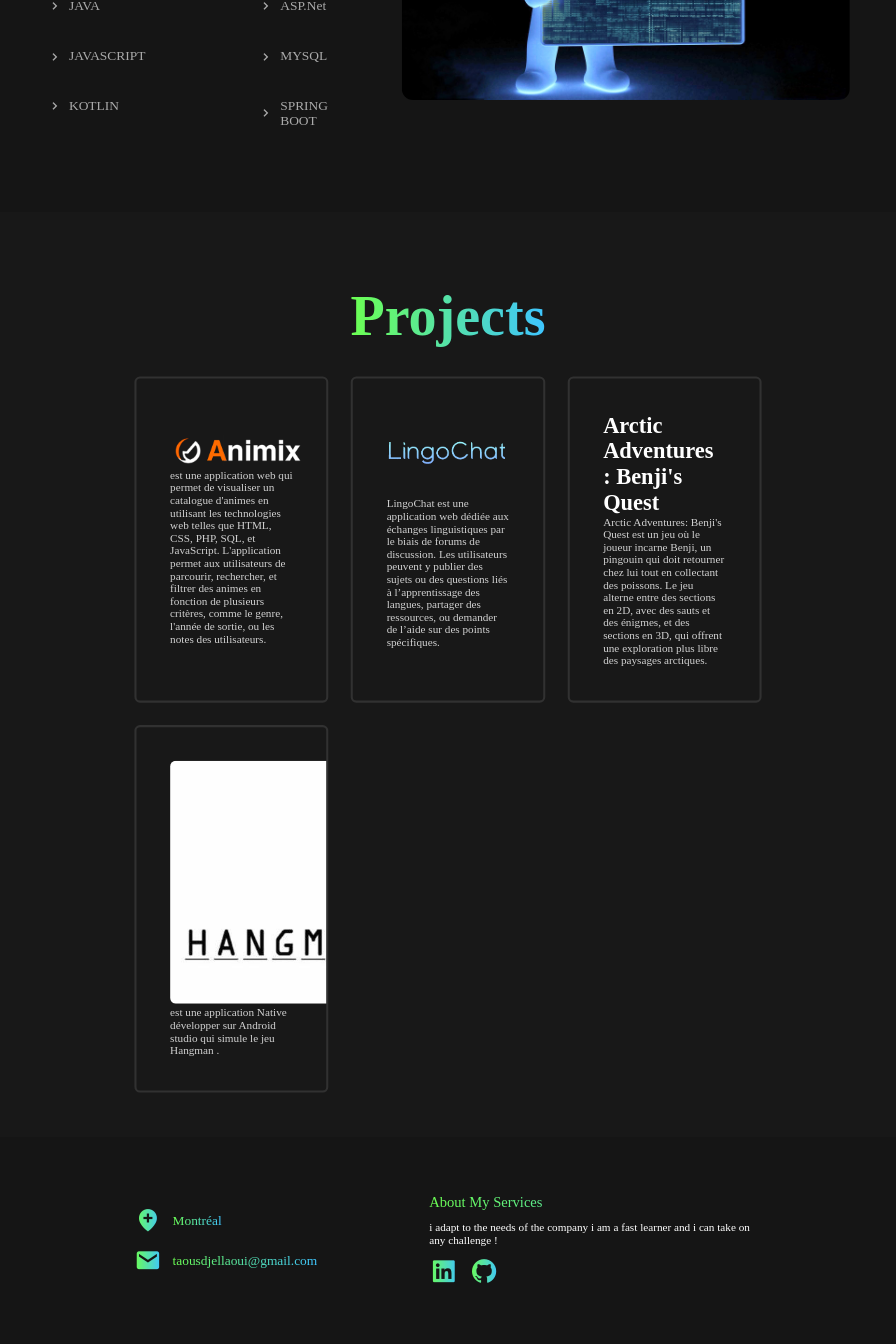
Repository: taousdjellaoui/portfolio-
Page: index.html
An editor plug-in stored every save of this project. The page is shown before and after the next save, followed by the edit.
The browser window is 1280 px wide. The pictures show the part of the page from y = 1137 to 3057 px (the page is 3057 px tall before and 3010 px after), at 70% of full size.

Above is the page before, as saved 2024-10-25 13:38:15.

### index.html
<!DOCTYPE html>
<html lang="en">
  <head>
    <meta charset="UTF-8" />
    <meta name="viewport" content="width=device-width, initial-scale=1.0" />
    <title>Portfolio Website</title>
    <link rel="stylesheet" href="css/style.css" />
    <link href='https://unpkg.com/boxicons@2.1.4/css/boxicons.min.css' rel='stylesheet'>
  </head>
  <body>
    <nav>
      <a href="#" class="logo"><span>Taous Djellaoui</span></a>
      <ul class="links">
        <a href="#home">Home</a>
        <a href="#about">About</a>
        <a href="#projects">Projects</a>

        <i class='bx bx-menu-alt-right' id="Menu"></i>
      </ul>
      <a href="#contact" class="btn">Contact Me</a>

    </nav>
    <section id="home">

      <div class="info-box">

        <h1><span>Hello I'm Taous !</span></h1>
        <h3><span>Web and mobile Development student</span> in montréal</h3>
        <p>i am looking to be an intern in web development or mobile development , i am a student
           at Cégep de Rosemont , and this is a simple  website i created using HTML, CSS and Javascript </p>
      </div>

    </section>

    <section id="about">
      <div class="about-box">
        <div class="about-info">
          <h1><span>About Me</span></h1>
          <p>very curious and always love to learn new things   </p>

        </div>
        <h2><span>Skills</span></h2>
        <div class="skills">
          <ul>
            <li>
              <p><i class='bx bx-chevron-right' ></i>HTML & CSS</p>
            </li>
            <li>
              <p><i class='bx bx-chevron-right' ></i>JAVA</p>
            </li>
            <li>
              <p><i class='bx bx-chevron-right' ></i>JAVASCRIPT</p>
            </li>
            <li>
              <p><i class='bx bx-chevron-right' ></i>KOTLIN</p>
            </li>
          </ul>
          <ul>
            <li>
              <p><i class='bx bx-chevron-right' ></i>REACT & ANGULAR</p>
            </li>
            <li>
              <p><i class='bx bx-chevron-right' ></i>ASP.Net</p>
            </li>
            <li>
              <p><i class='bx bx-chevron-right' ></i>MYSQL</p>
            </li>
            <li>
              <p><i class='bx bx-chevron-right' ></i>SPRING BOOT</p>
            </li>
          </ul>
        </div>

      </div>
      <img src="images/Computer-Science-Pictures.jpg" alt="">
    </section>
    <section id="projects">
      <h1 class="header"><span>Projects</span></h1>
      <div class="projects-container">
        <div class="box">
          <a href="https://github.com/taousdjellaoui/animix">
          <img src="images/logo-animix.png" alt="">
          <p>est une application web qui permet de visualiser un catalogue d'animes en utilisant les technologies web telles que HTML, CSS, PHP, SQL, et JavaScript. L'application permet aux utilisateurs de parcourir, rechercher, et filtrer des animes en fonction de plusieurs critères,
            comme le genre, l'année de sortie, ou les notes des utilisateurs.</p>
          </a>
        </div>
        <div class="box">
          <img src="images/logoLingoChat.png" alt="">

          <p>
            LingoChat est une application web dédiée aux échanges linguistiques par le biais de forums de discussion. Les utilisateurs peuvent y publier des sujets ou des questions liés à l’apprentissage des langues, partager
            des ressources, ou demander de l’aide sur des points spécifiques.</p>
        </div>
       <div class="box">
        <a href="https://taousdjellaoui.itch.io/arctic-adventures-benjis-quest">
          <h1>Arctic Adventures : Benji's Quest</h1>
          <p>Arctic Adventures: Benji's Quest est un jeu où le
            joueur incarne Benji, un pingouin qui doit retourner chez lui tout en
            collectant des poissons. Le jeu alterne entre des sections en 2D, avec des sauts et des
            énigmes, et des sections en 3D, qui offrent une exploration plus libre des paysages arctiques. </p>
          </a>
        </div>
        <div class="box">
          <a href="https://github.com/taousdjellaoui/animix">
          <img src="images/HangMan.jpg" alt="">
          <p>est une application Native développer sur Android studio qui simule le jeu Hangman .</p>
          </a>
        </div>
      </div>
    </section>
    <footer id="contact">
      <div class="col-left">
        <div class="col-box">
          <span><i class='bx bxs-location-plus' ></i></span>
          <span>Montréal</span>
        </div>
        <div class="col-box">
          <span><i class='bx bxs-envelope' ></i></span>
          <span>taousdjellaoui@gmail.com</span>
        </div>
      </div>
      <div class="col-right">
        <span>About My Services</span>
        <p> i adapt to the needs of the company i am a fast learner and i can take on any challenge !</p>
        <div class="social-icons">
          <span><a href="https://www.linkedin.com/in/taous-djellaoui-2874a1187/"><i class='bx bxl-linkedin-square' ></i></a></span>
          <span><a href="https://github.com/taousdjellaoui"><i class='bx bxl-github' ></i></a></span>
        </div>

      </div>
    </footer>

    <script src="script.js"></script>
  </body>
</html>

### css/style.css
* {
  margin: 0;
  padding: 0;
  box-sizing: border-box;
  text-decoration: none;
  list-style: none;
  scroll-behavior: smooth;
  font-family: "Poppins";
}
:root {
  --background: rgb(24, 24, 24);
  --second-background: rgb(21, 21, 21);
}
body{
  min-height: 100vh;
  background-color: var(--background);
}
nav{
position:fixed;
top:0;
width: 100%;
padding: 2em 15%;
display: flex;
align-items: center;
justify-content: space-between;
background-color:rgba(15,15,15,0.8);
backdrop-filter: blur(10px);
z-index: 1000;
}
ul{
  display:flex;
  align-items: center;
  gap: 3em;

}
nav ul a{
  color: white;
  opacity: 0.7;
  transition:0.2s ease-in-out;
}
nav ul a:hover{
  opacity: 1;

}
.logo{
  font-size:2em;
  color: white;
  font-weight: 800;
  opacity: 0.8;
  transition: 0.2s ease-in-out;

}
.logo:hover{
  opacity: 1;
}
.btn{
  padding : 0.5em 1em;
  color : white;
  font-weight: 500;
  letter-spacing:1px ;
  border-radius: 0.5em;
  font-size: 1.1em;
  border: 2px solid white;
  cursor: pointer;
  transition: 0.3s ease-in-out;

}
.btn:hover{
  background-color: white;
  color: var(--background);

}
span{
  background: linear-gradient(to right,#6cff52,#3ec5ff);
  background-clip: text;
  color:transparent;
}
#menu{
  color:white;
  font-size:3em;
  display:none;
}
section{
  min-height: 100vh;
  padding: 5% 15%;
}
#home{
display: flex;
flex-direction: column;
align-items:center;
justify-content: center;
gap:2em;
color:white;

}
#home img{
width:30vw;
border-radius: 1%;
margin-top: 3em;

}
.info-box{
  display: flex;
  flex-direction: column;
  text-align: center;
  gap: 0.5em;
  max-width: 500px;

}
.info-box h1{
  font-size:4em;
  font-weight: 500;
}
.info-box h3{
  font-size:2em;
  font-weight: 400;
}
.info-box p{
 opacity:0.7;
}
.btn-box{
  display: flex;
  gap: 1em;
}
.btn-box .btn:nth-of-type(2){
  background-color:white;
  color: var(--background)
}
.btn-box .btn:nth-of-type(2):hover{
  background-color: var(--background);
  color:white;

}
::-webkit-scrollbar{
  width: 20px;
  background-color: var(--background);
}
::-webkit-scrollbar-thumb{
  background: linear-gradient(to bottom,#788077,#a8b2b7);

}
#about{
  background-color: var(--second-background);
  display: flex;
  align-items:center;
  justify-content: center;
  gap: 5em;

}
#about img{
  width: 50vw;
  border-radius:1em;

}
.about-box{
  display:flex;
  flex-direction: column;
  text-align: left;
  gap: 2em;
}
.about-box h1{
  font-size: 4em;
}
.about-box p{
color:white;
opacity:0.8;
}
.skills{
  display:flex;
  text-align: left;
  gap: 10em;

}
.skills ul{
  font-size: 1em;
  font-weight: 500;
  display:flex;
  flex-direction: column;
  color:white;
  opacity:0.8;
  align-items: baseline;
}
.skills ul li p{
  color: white ;
  display: flex;
  align-items:center;
  gap : 0.5em;
   font-size: 1.2em;
   transition:0.3s ease-in-out;
}
.skills ul li p:hover{
  transform: translateX(10px);
}
.skills ul li i{
 font-size:1.2em;

}
.about-box h2{
  font-size: 2.5em;
}
#projects{
  background-color: var(--background);
}
.header{
  text-align: center;
  font-size: 5em;
  margin:0.5em 0;
}
.projects-container{
  display:grid;
  grid-template-columns: repeat(auto-fit,minmax(250px,1fr));
  gap:2em;
}
.box{
  border:3px solid rgb(49, 49, 49);
border-radius: 0.5em;
display: flex;
flex-direction: column;
justify-content: center;
overflow: hidden;
object-fit: cover;
padding:3em ;
gap: 2em;
color:white;
cursor:pointer;
transition:0.3s ease-in-out;
}
.box:hover{
  border: 3px solid rgb(100,100,100);
}
.box p{
  opacity:0.8;
}
.box h1{
  font-size: 2em;
}
.box img{
 min-width:25px;
 border-radius:0.5em;
}
footer{
  display: flex;
  align-items:center;
  justify-content: center;
  gap:10em;
  bottom:0;
  background-color: var(--second-background);
  width:100%;
  padding: 5em 15%;
}
.col-left{
  display:flex;
  flex-direction:column;
  gap : 1em;
}
.col-box{
  display: flex;
  align-items:center;
  gap : 1em;
}
.col-box i{
  font-size: 2em;
}
.col-box span{
  font-size: 1.2em;
}
.col-right{
  display:flex;
  flex-direction: column;
  gap:1em;
  color:white;
  max-width:500px;
}
.col-right span{
  font-size: 1.3em;
}
.col-right .social-icons{
  display:flex;
  align-items:baseline;
  justify-content: left;
  gap: 1em;
}
.col-right .social-icons i{
  font-size :2em;
  transition: 0.2s ease-in-out;
  cursor: pointer;
}
.social-icons i:hover{
  color:white;
}
a {
  color: inherit;
}

Loaded but not shown: script.js (no stored copy; drawn as an empty file)

After the next save:
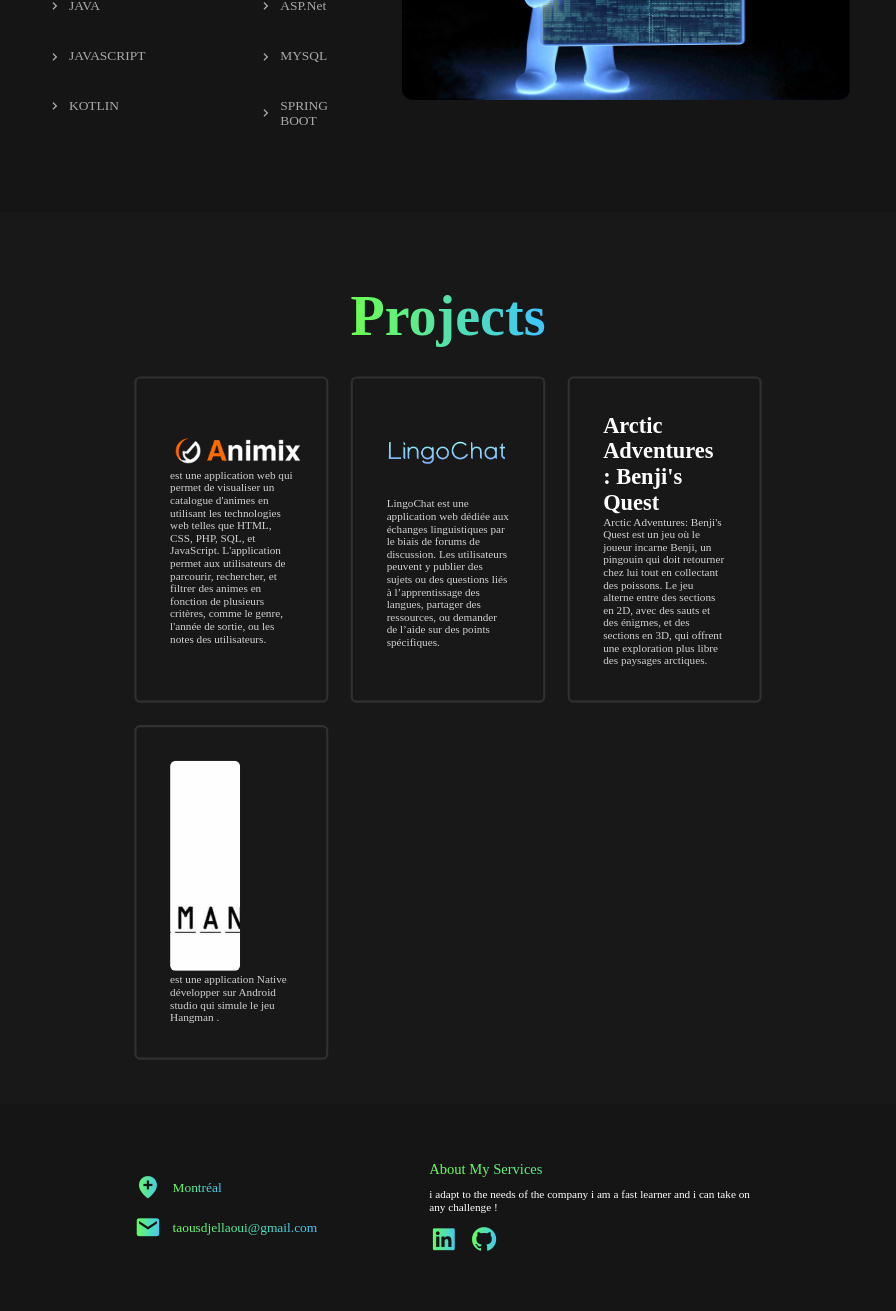
Saved 2 min 44 s later.
--- a/index.html
+++ b/index.html
@@ -102,7 +102,7 @@
         </div>
         <div class="box">
           <a href="https://github.com/taousdjellaoui/animix">
-          <img src="images/HangMan.jpg" alt="">
+          <img src="images/HangMan.jpg" style="width: 100px; height: 300px; object-fit: cover;"alt="" >
           <p>est une application Native développer sur Android studio qui simule le jeu Hangman .</p>
           </a>
         </div>
